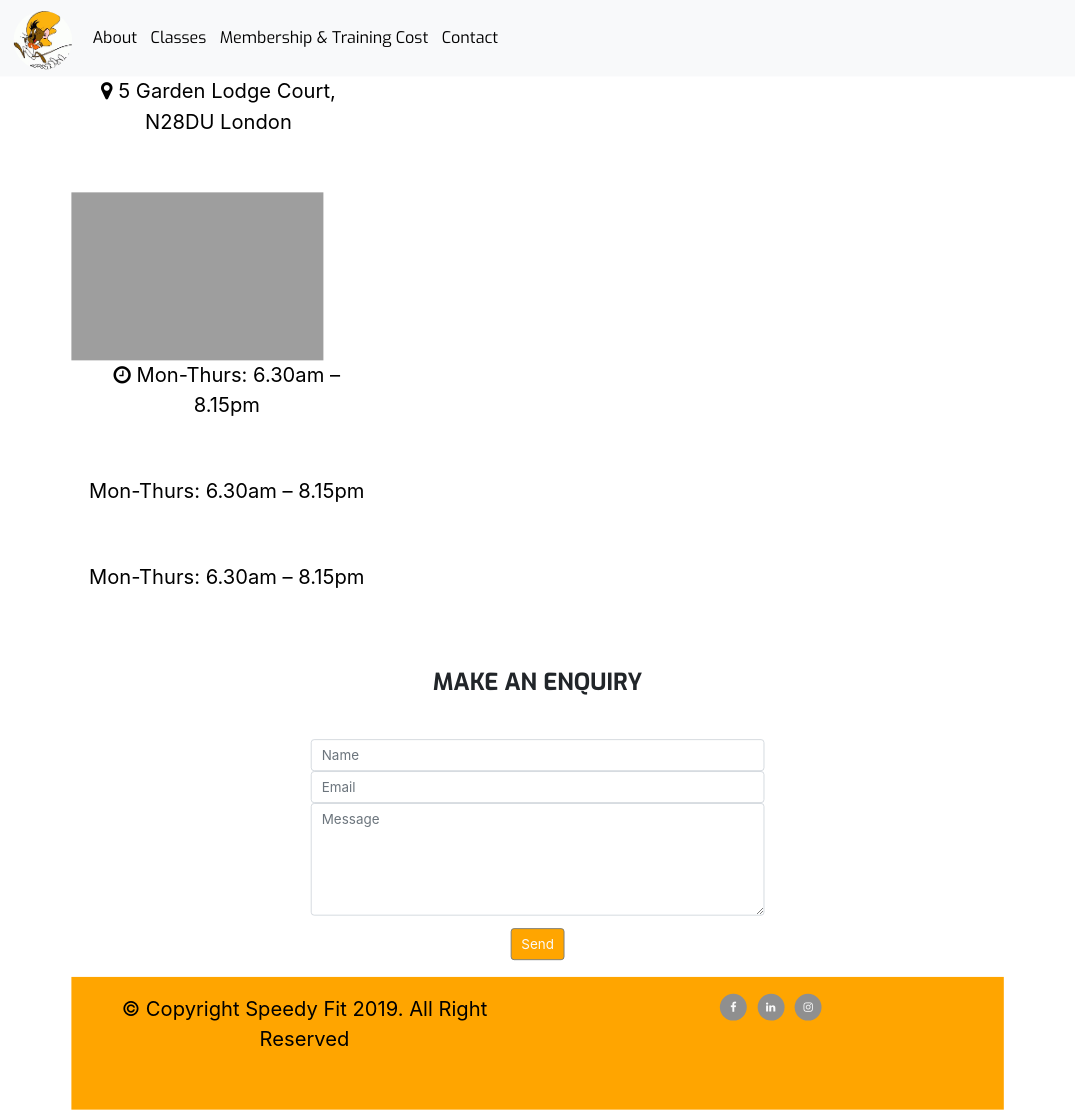
Repository: marcomoreschi/Milestrone-project
Page: contact.html
The author's editor kept a record of every edit. The page is drawn from the files as they stood at one moment, then again after the next edit.
The browser window is 1280 px wide. The pictures show the whole page, at 84% of full size.
Pictures or frames that could not be fetched are drawn as grey boxes. Some web libraries are served in a nearby version.

Above is the page before.

### contact.html
<!DOCTYPE html>
<html lang="en">

<head>
    <meta charset="UTF-8">
    <meta name="viewport" content="width=device-width, initial-scale=1.0">
    <meta http-equiv="X-UA-Compatible" content="ie=edge">
    <link rel="stylesheet" href="https://maxcdn.bootstrapcdn.com/bootstrap/4.2.1/css/bootstrap.min.css" type="text/css" />
    <link rel="stylesheet" href="https://maxcdn.bootstrapcdn.com/font-awesome/4.7.0/css/font-awesome.min.css" type="text/css" />
    <link rel="stylesheet" href="https://cdnjs.cloudflare.com/ajax/libs/hover.css/2.1.1/css/hover-min.css" type="text/css" />
    <link rel="stylesheet" href="assets/css/style.css">
    <title>Speedy Fit</title>
</head>

<body>

    <header>

        <nav class="navbar navbar-expand-lg navbar-light bg-light">
            <a class="navbar-brand" href="index.html">
      <img src="assets/images/logo.jpg"></img>
        </a>
            <button class="navbar-toggler" type="button" data-toggle="collapse" data-target="#navbarNavDropdown" aria-controls="navbarNavDropdown" aria-expanded="false" aria-label="Toggle navigation">
    <span class="navbar-toggler-icon"></span>
  </button>
            <div class="collapse navbar-collapse" id="navbarNavDropdown">
                <ul class="navbar-nav">
                    <li class="nav-item active">
                        <a class="nav-link" href="index.html">About<span class="sr-only">(current)</span></a>
                    </li>
                    <li class="nav-item">
                        <a class="nav-link" href="classes.html">Classes</a>
                    </li>
                    <li class="nav-item">
                        <a class="nav-link" href="membership&trainingcost.html">Membership & Training Cost</a>
                    </li>
                    <li class="nav-item">
                        <a class="nav-link" href="contact.html">Contact</a>
                    </li>
                </ul>
            </div>
        </nav>

    </header>

    <section class="container location-gym">
        <div class="row">
            <div class="col-sm-4">
        <p> <i class="fa fa-map-marker" aria-hidden="true"></i> 5 Garden Lodge Court, N28DU London</p>

<!-- Link Google Maps -->
<div class="mapouter"><div class="gmap_canvas"><iframe width="300" height="200" id="gmap_canvas" src="https://maps.google.com/maps?q=east%20finchley&t=&z=13&ie=UTF8&iwloc=&output=embed" frameborder="0" scrolling="no" marginheight="0" marginwidth="0"></iframe><a href="https://www.embedgooglemap.net/blog/torguard-promo-code/"></a></div>
<style>.mapouter{ position:relative; text-align:right;height:200px;width:300px;}
.gmap_canvas {overflow:hidden;background:none!important;height:200px;width:300px;}</style></div>
    </div>
        </div>

    <section class="container opening-hour">
        <div class="row">
            <div class="col-sm-4">
        <p><i class="fa fa-clock-o" aria-hidden="true"></i> Mon-Thurs: 6.30am – 8.15pm</p>
        <p>Mon-Thurs: 6.30am – 8.15pm</p>
        <p>Mon-Thurs: 6.30am – 8.15pm</p>

    </section>
    <section class="container-fluid">
        <div class="row bg-color-contact">
            <div class="col">
                <h3 class="contact-heading">Make an enquiry</h3>

                <div class="center-form">
                    <form>
                        <input type="text" name="name" id="fullname" class="form-control" placeholder="Name" required />
                        <input type="email" name="email" id="fullname" class="form-control" placeholder="Email" required />
                        <textarea rows="5" type="email" name="message" id="message" class="form-control" placeholder="Message" required></textarea>
                        <div class="form-row text-center">
                            <div class="col">
                                <button type="submit" class="btn btn-secondary">Send</button>
                            </div>
                        </div>
                    </form>
                </div>
            </div>
        </div>
    </section>

    <footer class="container-fluid ">
        <div id="footer-details " class="row ">
            <div class="col-sm-6 ">
                <p class="copyright">&#169; Copyright Speedy Fit 2019. All Right Reserved</p>
            </div>
            <div class="col-sm-6 ">
                <ul class="list-inline social-links ">
                    <li class="list-inline-item ">
                        <a target="_blank " href="# ">
                            <i class="fa fa-facebook " aria-hidden="true "></i>
                            <span class="sr-only ">Facebook</span>
                        </a>
                    </li>
                    <li class="list-inline-item ">
                        <a target="_blank " href="#">
                            <i class="fa fa-linkedin " aria-hidden="true "></i>
                            <span class="sr-only ">LinkedIn</span>
                        </a>
                    </li>
                    <li class="list-inline-item ">
                        <a target="_blank " href="# ">
                            <i class="fa fa-instagram " aria-hidden="true "></i>
                            <span class="sr-only ">Instagram</span>
                        </a>
                    </li>
                </ul>
            </div>
        </div>
    </footer>


    <!-- Bootstraps Link -->
<script src="https://code.jquery.com/jquery-3.3.1.slim.min.js" integrity="sha384-q8i/X+965DzO0rT7abK41JStQIAqVgRVzpbzo5smXKp4YfRvH+8abtTE1Pi6jizo" crossorigin="anonymous"></script>
<script src="https://cdnjs.cloudflare.com/ajax/libs/popper.js/1.14.6/umd/popper.min.js" integrity="sha384-wHAiFfRlMFy6i5SRaxvfOCifBUQy1xHdJ/yoi7FRNXMRBu5WHdZYu1hA6ZOblgut" crossorigin="anonymous"></script>
<script src="https://stackpath.bootstrapcdn.com/bootstrap/4.2.1/js/bootstrap.min.js" integrity="sha384-B0UglyR+jN6CkvvICOB2joaf5I4l3gm9GU6Hc1og6Ls7i6U/mkkaduKaBhlAXv9k" crossorigin="anonymous"></script>

</body>

</html>

### assets/css/style.css
@import url('https://fonts.googleapis.com/css?family=Roboto:100,200,300,400,500,600,700|Exo:100,200,300,400,500,600,700');


/* -----------------------------------------Heading */

.navbar {
    margin-bottom: 0;
    border: 0;
    background-color: black;
    text-align: center;
}

.navbar-brand {
    height: 75px;
}

.navbar-brand img {
    width: 70px;
    height: 70px;
    border-radius: 50%;
}

.nav-item a {
    font-size: 1.2em;
    font-family: 'Exo', sans-serif;
    color: black !important;
}

.navbar ul li a:hover {
    color: #ffa500 !important;
    transition: all 0.35s ease-in-out;
    -moz-transition: all 0.35s ease-in-out;
    -webkit-transition: all 0.35s ease-in-out;
    -o-transition: all 0.35s ease-in-out;
}

/* -----------------------------------------About */

.rope {
    width: 100%;
    height: 600px;
}

.container h2 {
    text-align: center;
    padding-top: 30px;
    color: #000;
    text-transform: uppercase;
}

.container p {
    text-align: center;
    padding-bottom: 50px;
    color: #000;
    font-size: 1.5em;
}
/* -----------------------------------------Contact Form */


.container-fluid h3 {
    text-transform: uppercase;
    font-weight: bold;
    text-align: center;
}
.contact-heading {
    font-family: "Exo", sans-serif;
    font-weight: 300;
    margin-top: 25px;
    margin-bottom: 20px;
}

.center-form {
    padding-top: 20px;
    margin: 0 auto;
    max-width: 70%;
}

button[type="submit"] {
    margin-top: 15px;
    margin-bottom: 20px;
    color: #fafafa;
    background-color: #ffa500;
}

/* create media queries so it look good on mobilephone */
@media(min-width: 992px) {
    .center-form {
        padding-top: 30px;
        min-height: 240px;
        margin: 0 auto;
        max-width: 50%;
    }
}

/* -----------------------------------------Footer */

footer {
    background-color: #ffa500;
    color: #fafafa;
    min-height: 100px;
    margin: 0;
}

.social-links {
    padding-top: 20px;
    text-align: center;
}

.social-links li a i {
    width: 32px;
    height: 32px;
    padding: 12px 0;
    border-radius: 50%;
    font-size: 13px;
    line-height: 7px;
    text-align: center;
    color: #fafafa;
    background: #8f8f8f;
    transition: all 0.35s ease-in-out;
    -moz-transition: all 0.35s ease-in-out;
    -webkit-transition: all 0.35s ease-in-out;
    -o-transition: all 0.35s ease-in-out;
}

.social-links li a i:hover {
    background: #e84610;
}

.copyright {
    color: blue;
    padding-top: 20px;
}

After the next edit:
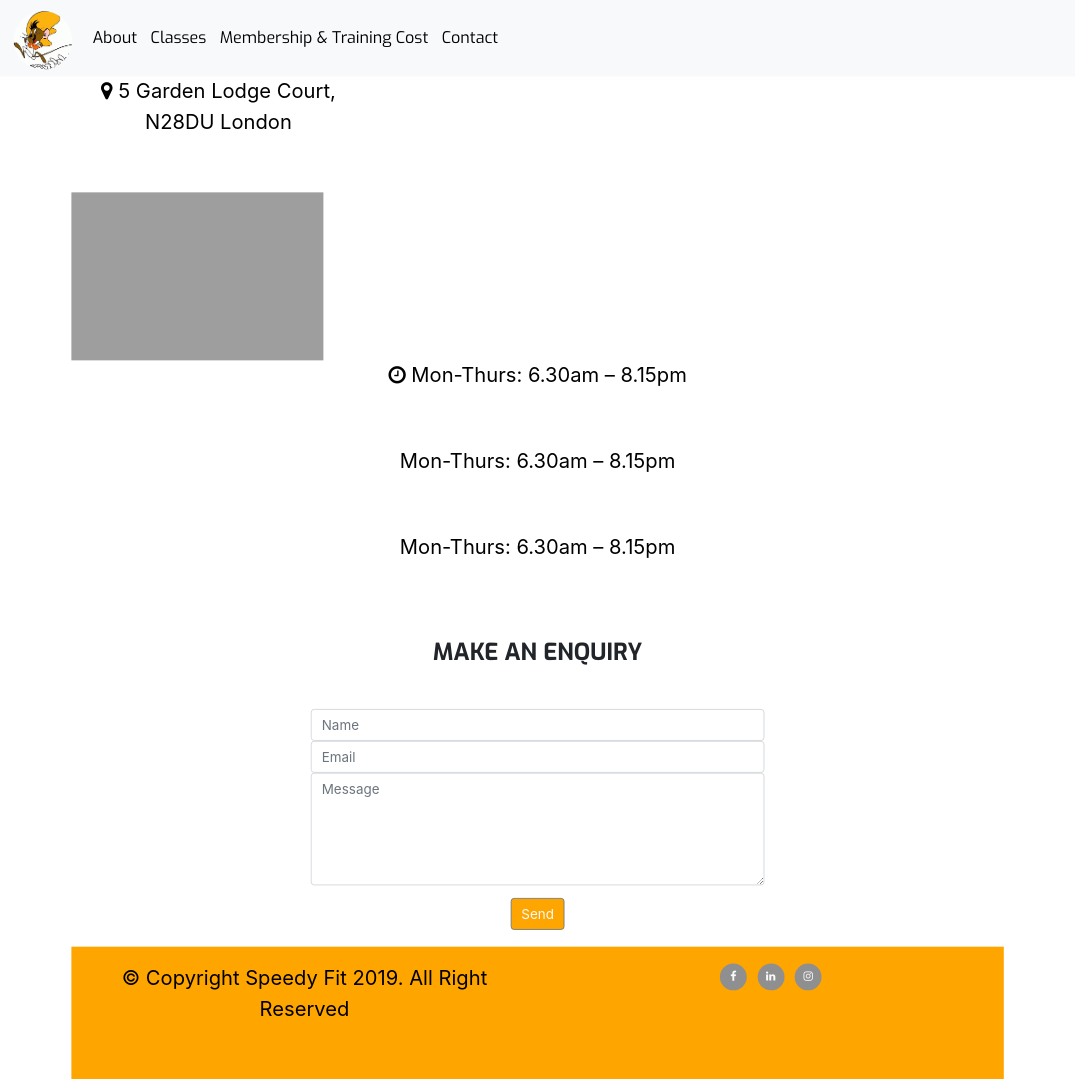
The edit:
--- a/contact.html
+++ b/contact.html
@@ -56,8 +56,6 @@
         </div>
 
     <section class="container opening-hour">
-        <div class="row">
-            <div class="col-sm-4">
         <p><i class="fa fa-clock-o" aria-hidden="true"></i> Mon-Thurs: 6.30am – 8.15pm</p>
         <p>Mon-Thurs: 6.30am – 8.15pm</p>
         <p>Mon-Thurs: 6.30am – 8.15pm</p>
